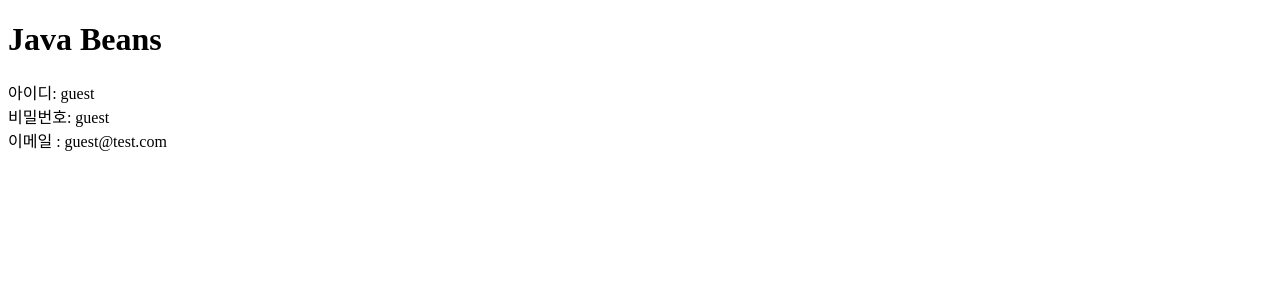
Repository: ljh5973/labweb
Page: http://localhost/JSP02/09_javabeans.jsp
These files come from the project's save history. The page is drawn as it stood at one moment and after the next save; the edit follows.
The browser window is 1280 px wide. The pictures show the whole page.
The page is served by Tomcat 9. Other server files are loaded and not shown.

Above is the page before, as saved 2022-01-10 02:49:18.

### JSP02/webapp/09_javabeans.jsp
<%@page import="edu.web.model.Member"%>
<%@ page language="java" contentType="text/html; charset=UTF-8"
    pageEncoding="UTF-8"%>
<%@ page trimDirectiveWhitespaces="true"%>
<!DOCTYPE html>
<html>
	<head>
		<meta charset="UTF-8">
		<title>JSP 2</title>
	</head>
	<body>

	<h1>Java Beans</h1>


	<%--
	Java Bean: 자바 클래스 객체
	 * 기본 생성자(default constructor)를 가지고 있어야 함.
	 * 멤버 변수들은 private으로 선언.
	 * public으로 선언된 getter/setter 메서드들이 있어야 함. (메서드 이름은 Java 코딩 관습에 따라야 함.)
	 --%>

	 <% // scriptlet
	 Member m1=new Member();
	 // setter 메서드 호출, 멤버 변수들의 값을 설정
	 m1.setMemberId("guest");
	 m1.setMemberPassword("guest");
	 m1.setMemberEmail("guest@test.com");
	 %>

	 <div>
	 <%-- expression 안에서 getter 메서드 호출, 멤버 변수들의 값을 출력. --%>
	 	아이디: <%= m1.getMemberId() %><br>
	 	비밀번호: <%= m1.getMemberPassword() %><br>
	 	이메일 : <%= m1.getMemberEmail() %>

	 </div>
	</body>
</html>

### JSP02/src/edu/web/model/Member.java
package edu.web.model;

/**
 * @author wlsgh
 *
 */
public class Member {

	// 멤버 변수(필드, 프로퍼티)
	private String memberId;
	private String memberPassword;
	private String memberEmail;

	public Member() {
		// TODO Auto-generated constructor stub
	}




	public Member(String memberId, String memberPassword, String memberEmail) {
		this.memberId = memberId;
		this.memberPassword = memberPassword;
		this.memberEmail = memberEmail;
	}




	public String getMemberId() {
		return memberId;
	}

	public void setMemberId(String memberId) {
		this.memberId = memberId;
	}

	public String getMemberPassword() {
		return memberPassword;
	}

	public void setMemberPassword(String memberPassword) {
		this.memberPassword = memberPassword;
	}

	public String getMemberEmail() {
		return memberEmail;
	}

	public void setMemberEmail(String memberEmail) {
		this.memberEmail = memberEmail;
	}




	@Override
	public String toString() {

		// String format(format, args)
		// format: %s, %d, %f
		return String.format("Member{memberID: %s, memberPassword: %s, memberEmail: %s}", this.memberId, this.memberPassword, this.memberEmail);
	}



}

After the next save:
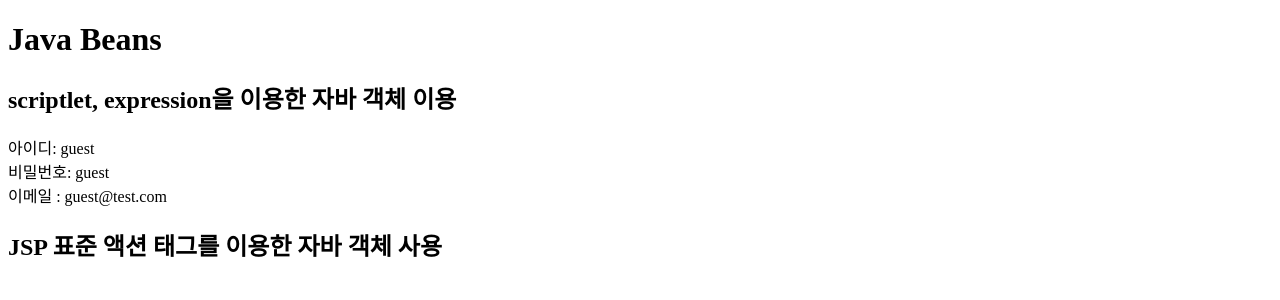
Saved 5 min 55 s later.
--- a/JSP02/webapp/09_javabeans.jsp
+++ b/JSP02/webapp/09_javabeans.jsp
@@ -20,6 +20,7 @@
 	 * public으로 선언된 getter/setter 메서드들이 있어야 함. (메서드 이름은 Java 코딩 관습에 따라야 함.)
 	 --%>
 
+	 <h2>scriptlet, expression을 이용한 자바 객체 이용</h2>
 	 <% // scriptlet
 	 Member m1=new Member();
 	 // setter 메서드 호출, 멤버 변수들의 값을 설정
@@ -35,5 +36,9 @@
 	 	이메일 : <%= m1.getMemberEmail() %>
 
 	 </div>
+
+	 <h2>JSP 표준 액션 태그를 이용한 자바 객체 사용</h2>
+
+	 <jsp:useBean id="m2" class="edu.web.model.Member"></jsp:useBean>
 	</body>
 </html>
